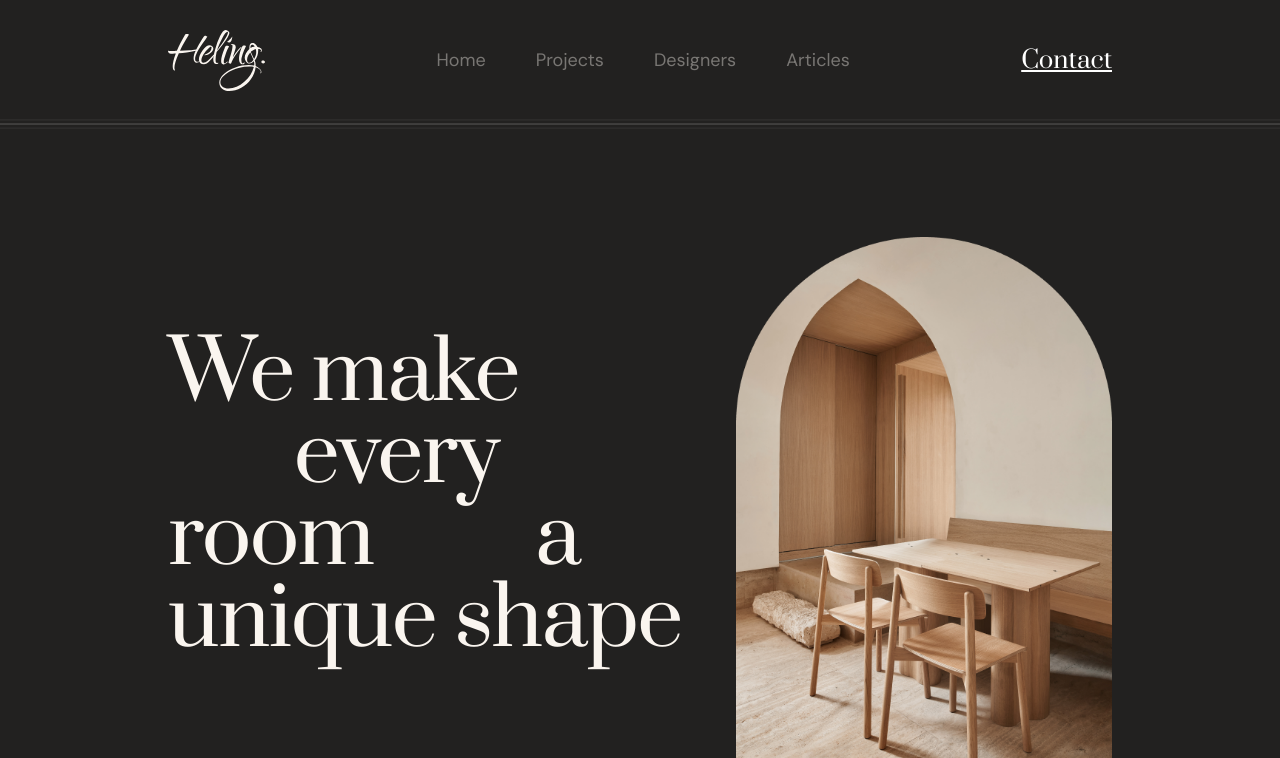
Repository: vandangnhathung/healingui_website
Page: /
These files come from the project's save history. The page is drawn as it stood at one moment and after the next save; the edit follows.
The browser window is 1280 px wide. The pictures show the whole page.
The project was rebuilt for these pictures with package versions that can differ from the ones it lists, and the page was loaded fresh each time. Also part of the build but not shown: src/App.css.

Above is the page before, as saved 2022-03-16 13:15:23.

After the next save:
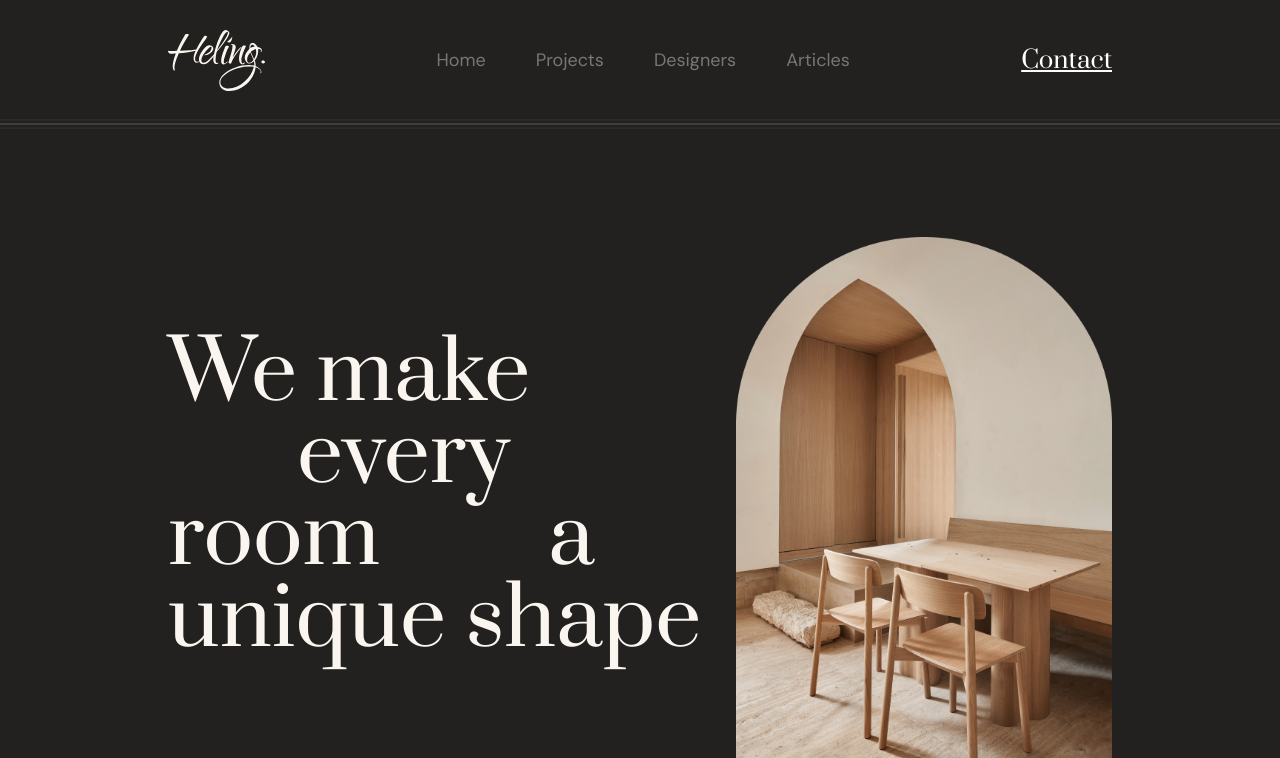
Saved 33 s later.
--- a/src/components/Container/Container.js
+++ b/src/components/Container/Container.js
@@ -16,7 +16,7 @@
     gap: 0 32px;
   `;
   const Slogan = styled.h2`
-    letter-spacing: -0.02em;
+    letter-spacing: -0.02px;
     font-size: 82px;
     line-height: 1;
     font-family: "Prata", serif;

After the save that followed:
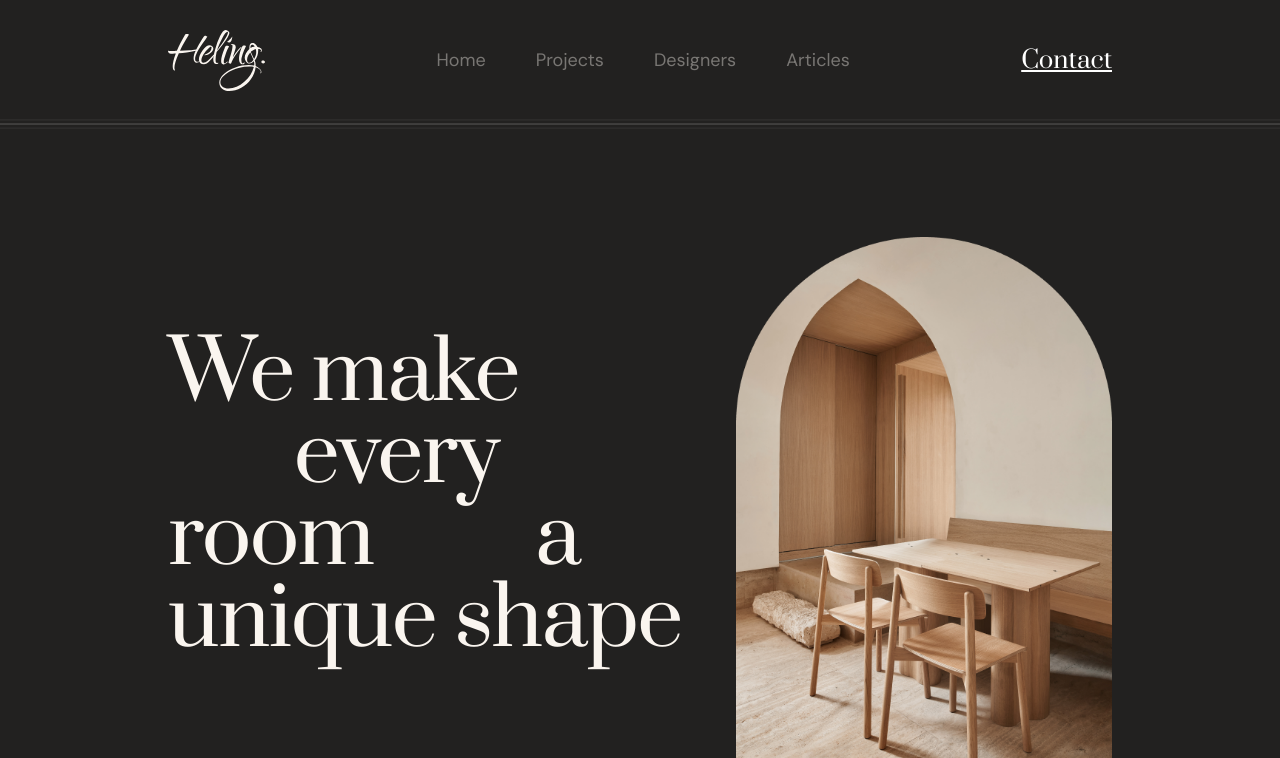
Saved 25 s later.
--- a/src/components/Container/Container.js
+++ b/src/components/Container/Container.js
@@ -16,7 +16,7 @@
     gap: 0 32px;
   `;
   const Slogan = styled.h2`
-    letter-spacing: -0.02px;
+    letter-spacing: -0.02em;
     font-size: 82px;
     line-height: 1;
     font-family: "Prata", serif;
